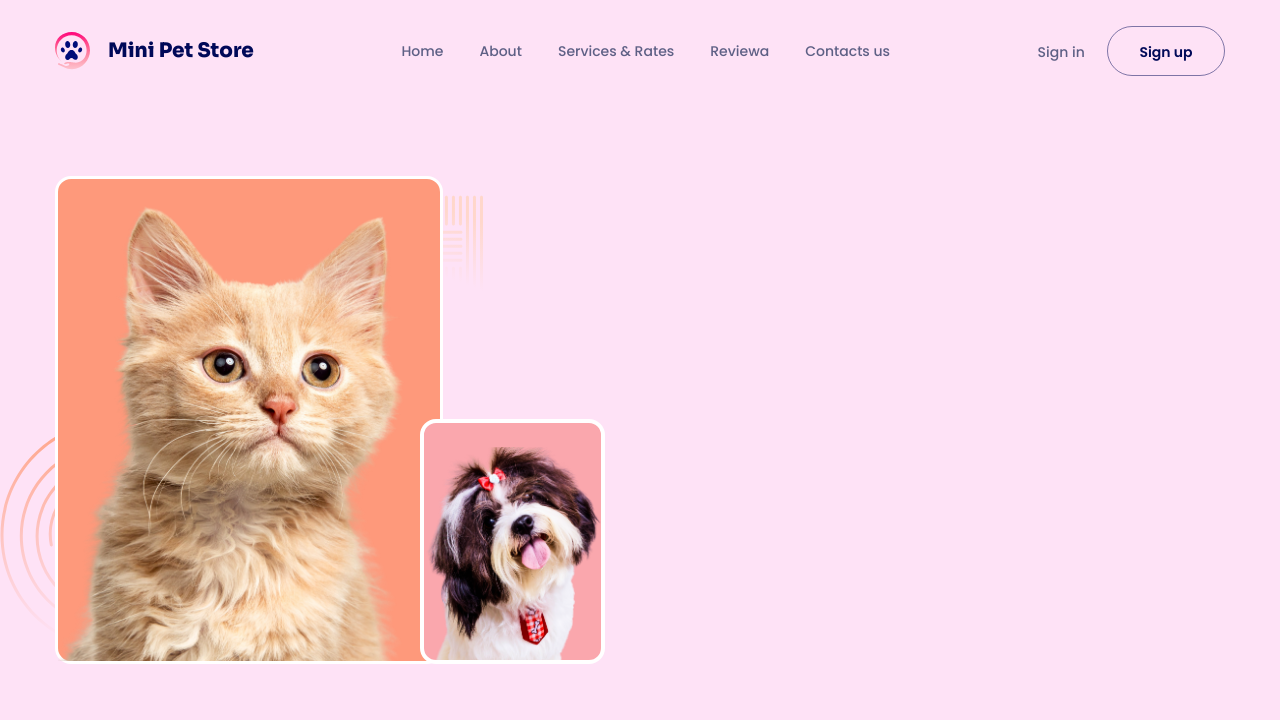
Repository: Tran-Dat/ASM-HTML5-F8-04
Page: index.html
The author's editor kept a copy of each file at every save. The page is drawn from the files as they stood at one save, then again after the next save.
The browser window is 1280 px wide. The pictures show the whole page.

Above is the page before, as saved 2023-06-12 16:09:03.

After the next save:
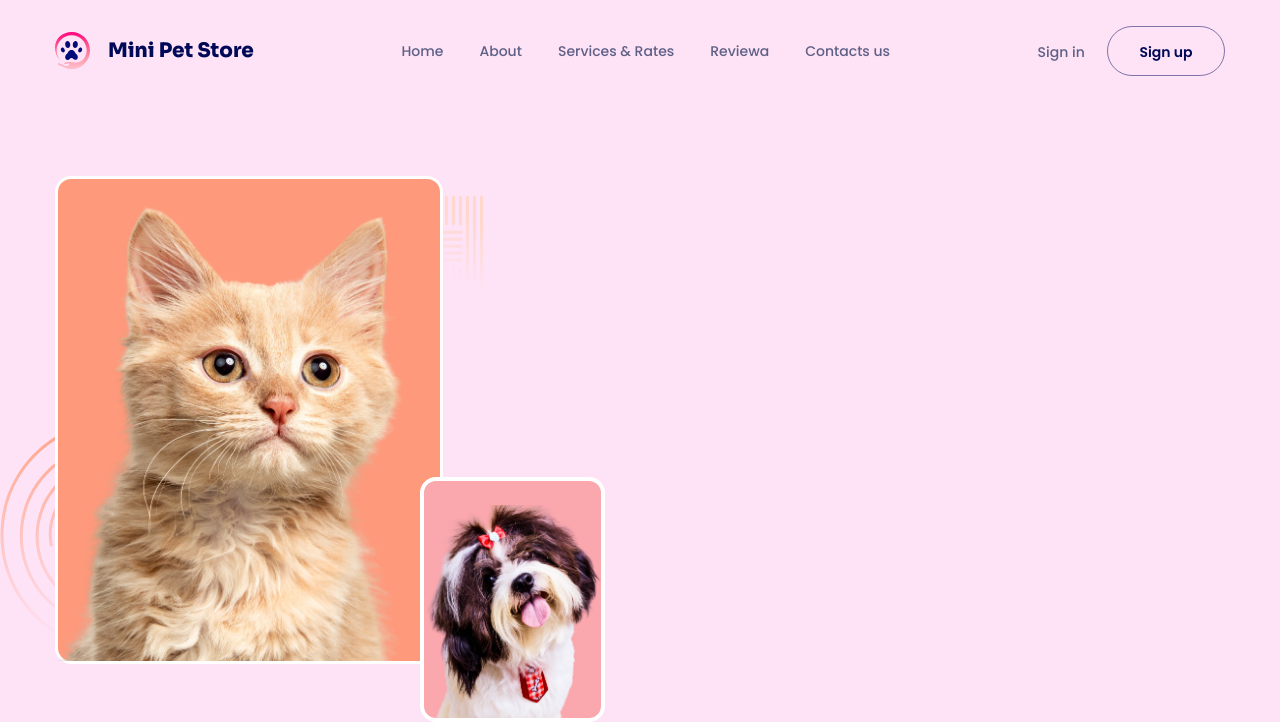
Saved 31 s later.
--- a/assets/css/styles.css
+++ b/assets/css/styles.css
@@ -160,7 +160,7 @@
 
 .hero__img-wrap-small {
     margin-left: -23px;
-
+    margin-bottom: -58px;
     width: 185px;
     height: 245px;
     background: #faa7ad;
